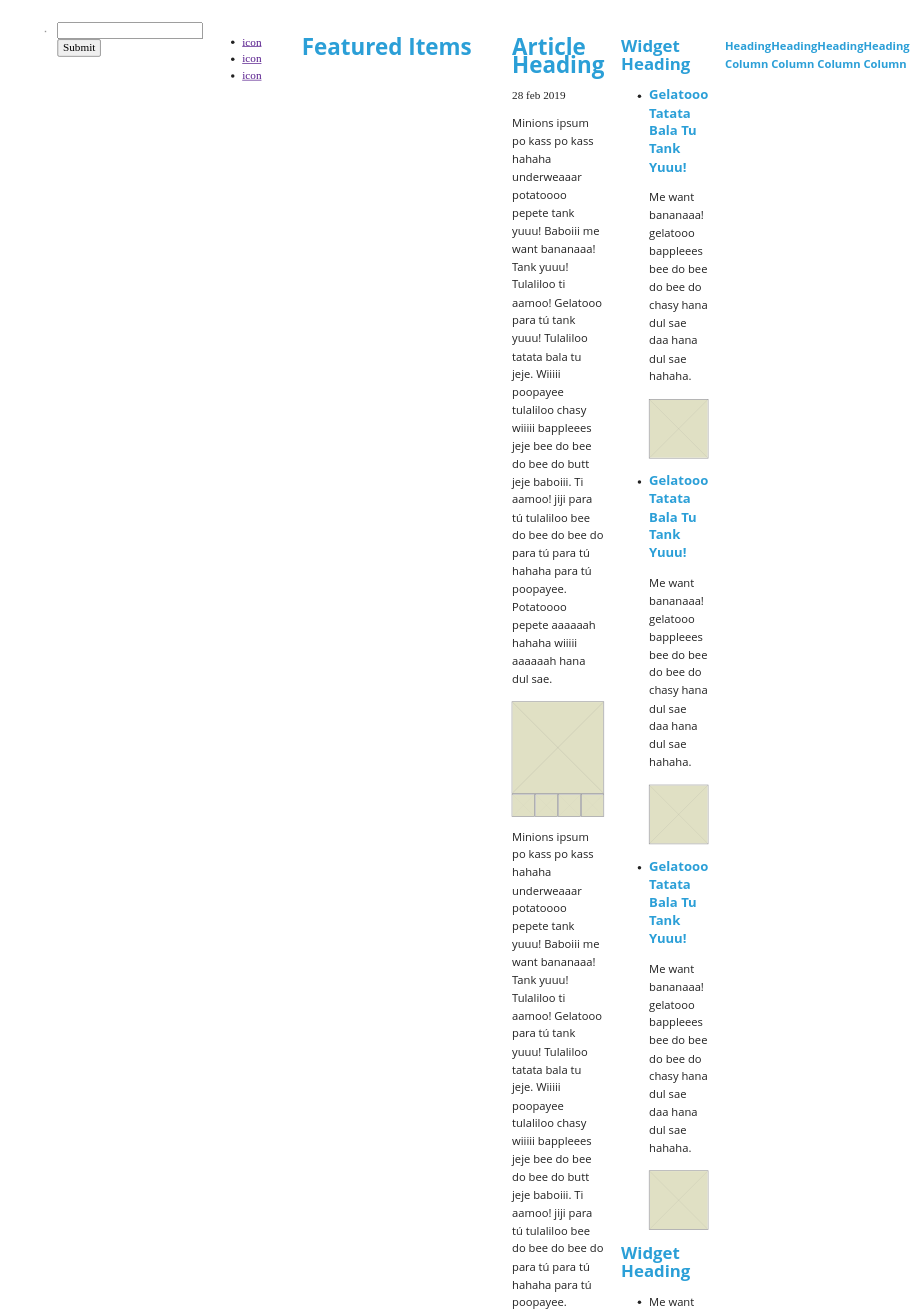
Repository: AdrianTejada/Lab03-Project-1
Page: index.html
An editor plug-in stored every save of this project. The page is shown before and after the next save, followed by the edit.
The browser window is 1280 px wide. The page is 1299 px wide, then 1315 px, so the pictures cover 1315 px, including what lies to the right of the window. The pictures show the part of the page from y = 0 to 1880 px (the page is 6548 px tall), at 70% of full size.

Above is the page before, as saved 2021-01-26 19:13:40.

After the next save:
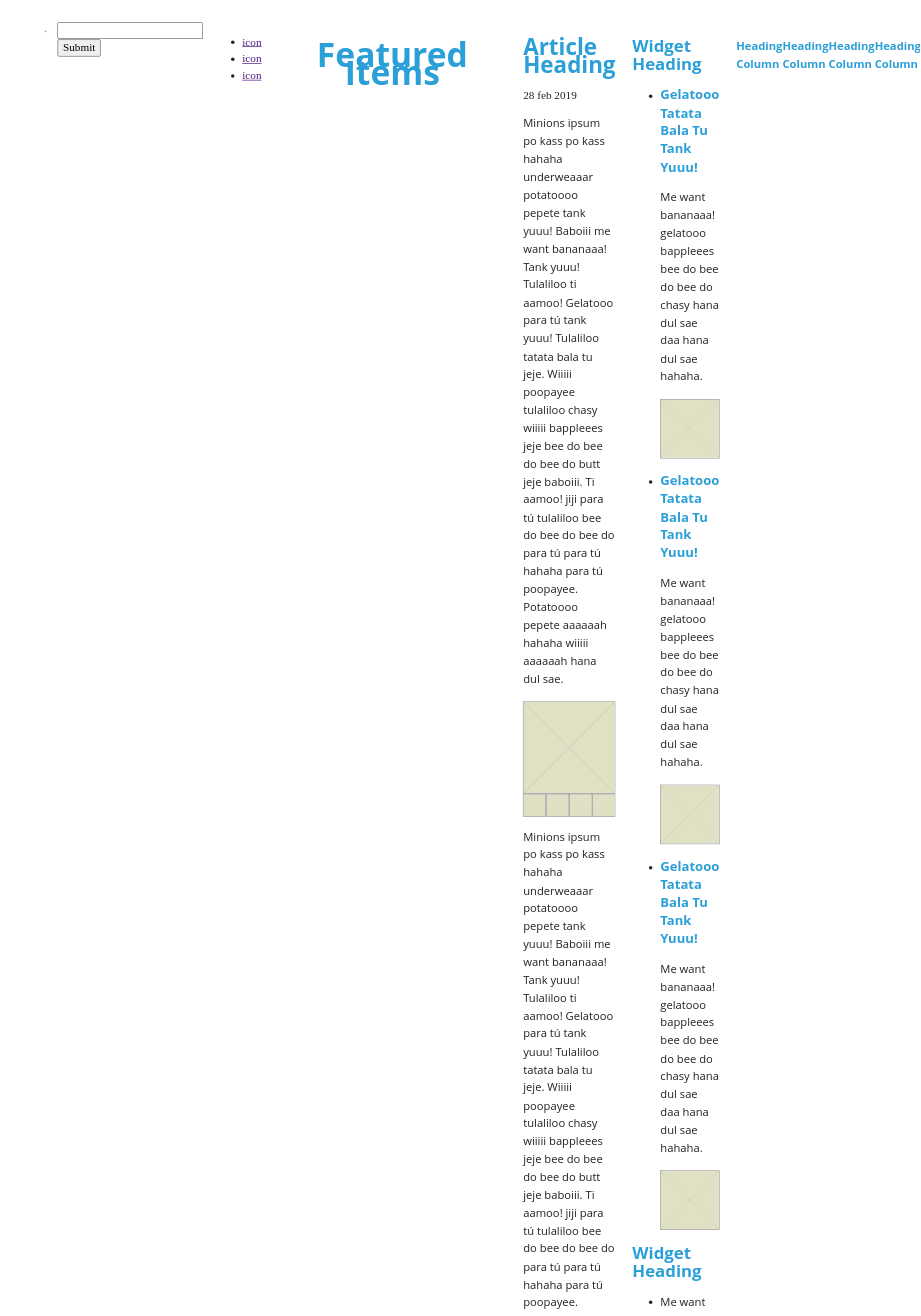
Saved 119 s later.
--- a/css/main.css
+++ b/css/main.css
@@ -179,6 +179,14 @@
     .page__footer {
         grid-template-columns: 1fr 1fr 1fr 2fr;
     }
+
+    .page__section__heading {
+        font-size: 3rem;
+    }
+
+    .featured {
+        grid-gap: 1.5rem;
+    }
 }
 
 
